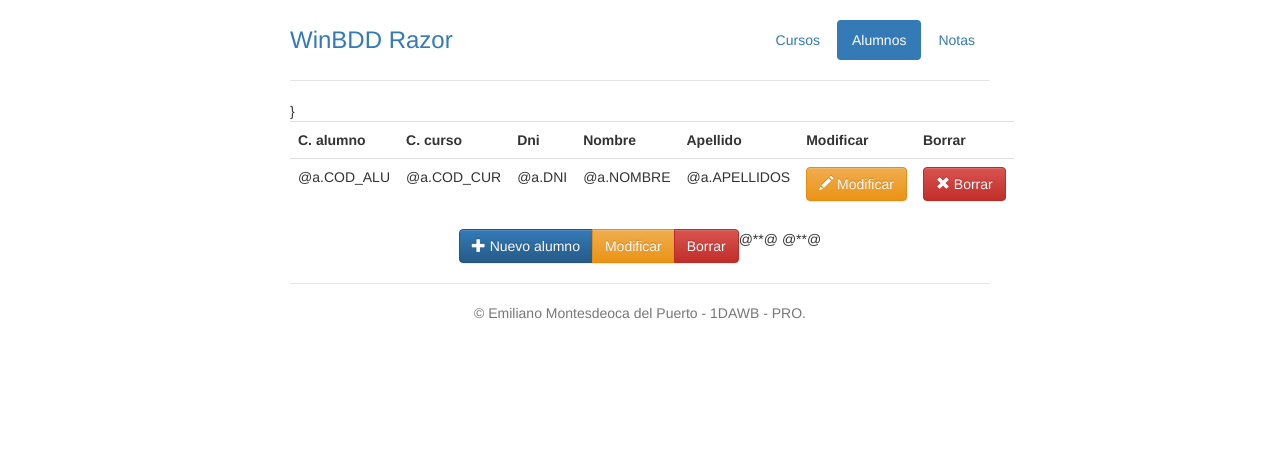
Repository: emontesdeoc/1DAWB
Page: http://localhost/Eclipse/views/alumnos.php
An editor plug-in stored every save of this project. The page is shown before and after the next save, followed by the edit.
The browser window is 1280 px wide. The pictures show the whole page.
The page is run by PHP 8.4 with error messages shown; the project is at /var/www/html/. Queries for data that is not in the repository find no rows.

Above is the page before, as saved 2017-05-22 10:31:18.

### PRO/Tercer trimestre/Practica/Eclipse/PracticaPHP/views/alumnos.php
<!DOCTYPE html>
<html>
<head>
    <title>PHP - Alumnos</title>
    <link href="assets/css/bootstrap.css" rel="stylesheet">
    <link href="assets/css/bootstrap-theme.css" rel="stylesheet">
    <link href="assets/css/style.css" rel="stylesheet">
    <meta name="viewport" content="width=device-width, initial-scale=1">
</head>
<body>
    <div class="container">
        <div class="header clearfix">
            <nav>
                <ul class="nav nav-pills pull-right">
                    <li role="presentation"><a href="cursos.php">Cursos</a></li>
                    <li role="presentation" class="active"><a href="alumnos.php">Alumnos</a></li>
                    <li role="presentation"><a href="notas.php">Notas</a></li>
                </ul>
            </nav>
            <h3 class="text-muted"><a href="../index.html"> WinBDD Razor </a></h3>
        </div>
        <!-- @* Cursos contenedor *@ -->
        <div id="form-container" style="width:100%;">
            <form method="post" action="">
                <table class="table table-hover" style="margin-bottom: 0px;">
                    <tr>
                        <th>C. alumno</th>
                        <th>C. curso</th>
                        <th>Dni</th>
                        <th>Nombre</th>
                        <th>Apellido</th>
                        <th>Modificar</th>
                        <th>Borrar</th>
                    </tr>

                    <!-- @foreach (WinBDDRazor.bd.ALUMNO a in new WinBDDRazor.logic.alumnos().GetAllAlumnos().OrderBy(x => x.COD_ALU).Skip(Convert.ToInt32(Session["Pagination"]) * 5).Take(5).ToList())
                    { -->
                        <tr>
                            <td>@a.COD_ALU</td>
                            <td>@a.COD_CUR</td>
                            <td>@a.DNI</td>
                            <td>@a.NOMBRE</td>
                            <td>@a.APELLIDOS</td>
                            <td><button type="button" class="btn btn-warning" data-toggle="modal" data-target=".bs-modificar-modal-sm" onclick="CargarModificar('@a.COD_ALU', '@a.COD_CUR', '@a.DNI', '@a.APELLIDOS', '@a.NOMBRE');"><span class="glyphicon glyphicon-pencil" aria-hidden="true"></span> Modificar</button></td>
                            <td><button type="button" class="btn btn-danger" data-toggle="modal" data-target=".bs-borrar-modal-sm" onclick="CargarBorrar('@a.COD_ALU', '@a.COD_CUR', '@a.DNI', '@a.APELLIDOS', '@a.NOMBRE');"><span class="glyphicon glyphicon-remove" aria-hidden="true"></span> Borrar</button></td>
                        </tr>
                    }
                </table>
                <div class="text-center">
                    <div class="btn-group" role="group" aria-label="..." style="margin-bottom:10px;">

                        <!-- @for (int i = 1; i <= new WinBDDRazor.logic.alumnos().GetAllAlumnos().Count / 5 + 1; i++)
                        {

                            if (i < (new WinBDDRazor.logic.alumnos().GetAllAlumnos().Count / 5) + 1)
                            {
                                @*<button type="submit" class="btn btn-default" name="CargaPaginaAlumnos" value="@i">@i</button>*@
                                <button type="submit" class="btn btn-default" name="CargaPaginaAlumnos" value="@i">@i</button>
                            }

                            if (i == new WinBDDRazor.logic.alumnos().GetAllAlumnos().Count / 5 + 1)
                            {
                                string a = Convert.ToDouble(new WinBDDRazor.logic.alumnos().GetAllAlumnos().Count / 5.00).ToString();
                                string[] ar = a.Split(',');
                                try
                                {
                                    if (Convert.ToInt32(ar[1]) > 0)
                                    {
                                        @*<button type="submit" class="btn btn-default" name="CargaPaginaAlumnos" value="@i">@i</button>*@
                                        <button type="submit" class="btn btn-default" name="CargaPaginaAlumnos" value="@i">@i</button>
                                    }
                                }
                                catch (Exception)
                                {

                                }
                            }
                        } -->
                    </div>
                </div>

            </form>
            <div class="text-center">
                <div class="btn-group" style="text-align:center;">
                    <button type="button" class="btn btn-primary" data-toggle="modal" data-target=".bs-nuevo-modal-sm"><span class="glyphicon glyphicon-plus" aria-hidden="true"></span> Nuevo alumno</button>
                    @*<button type="submit" class="btn btn-warning" data-toggle="modal" data-target=".bs-modificar-modal-sm">Modificar</button>*@
                    @*<button type="submit" class="btn btn-danger" data-toggle="modal" data-target=".bs-borrar-modal-sm">Borrar</button>*@
                </div>
            </div>


        </div>

        <!-- @* Modal nuevo curso *@ -->
        <div class="modal fade bs-nuevo-modal-sm" tabindex="-1" role="dialog" aria-labelledby="mySmallModalLabel">
            <div class="modal-dialog modal-sm" role="document">
                <div class="modal-content">
                    <div class="text-center">
                        <h2>Nuevo alumno</h2>
                    </div>
                    <div id="modal-form-container">
                        <form method="post" action="">
                            <div class="form-group">
                                <label for="cod_alu">Codigo de alumno</label>
                                <input type="text" class="form-control" id="cod_alu" placeholder="Codigo de alumno" name="nuevo_codalu">
                            </div>
                            <div class="form-group">
                                <label for="cod_cur">Codigo de curso</label>
                                <select class="form-control" name="nuevo_codcur" id="cod_cur">
                                    <!-- @foreach (WinBDDRazor.bd.CURSO c in new WinBDDRazor.logic.cursos().GetAllCursos())
                                    { -->
                                    <option value="@c.COD_CUR">@c.DESCRIPCION</option>
                                    <!-- } -->
                                </select>
                            </div>
                            <div class="form-group">
                                <label for="dni">DNI</label>
                                <input type="text" class="form-control" id="dni" placeholder="DNI" name="nuevo_dni">
                            </div>
                            <div class="form-group">
                                <label for="apellidos">Apellidos</label>
                                <input type="text" class="form-control" id="apellidos" placeholder="Apellidos" name="nuevo_apellido">
                            </div>
                            <div class="form-group">
                                <label for="nombre">Nombre</label>
                                <input type="text" class="form-control" id="nombre" placeholder="Nombre" name="nuevo_nombre">
                            </div>
                            <div class="text-center">
                                <div class="form-group btn-group" style="margin-bottom: -15px;">
                                    <button type="submit" class="btn btn-success" name="nuevo_confirmar"><span class="glyphicon glyphicon-ok" aria-hidden="true"></span> Confirmar</button>
                                </div>
                            </div>

                        </form>
                    </div>
                </div>
            </div>
        </div>

        <!-- @* Modal modificar curso *@ -->
        <div class="modal fade bs-modificar-modal-sm" tabindex="-1" role="dialog" aria-labelledby="mySmallModalLabel">
            <div class="modal-dialog modal-sm" role="document">
                <div class="modal-content">
                    <div class="text-center">
                        <h2>Modificar alumno</h2>
                    </div>
                    <div id="modal-form-container">
                        <form method="post" action="">
                            <div class="form-group">
                                <label for="cod_alu">Codigo de alumno</label>
                                <input type="text" class="form-control" id="modificar_cod_alu" placeholder="Codigo de alumno" name="modificar_codalu" value="" readonly />
                            </div>
                            <div class="form-group">
                                <label for="cod_cur">Codigo de curso</label>
                                <select class="form-control" name="modificar_codcur" id="modificar_cod_cur">
                                    <!-- @foreach (WinBDDRazor.bd.CURSO c in new WinBDDRazor.logic.cursos().GetAllCursos())
                                    { -->
                                    <option value="@c.COD_CUR">@c.DESCRIPCION</option>
                                    <!-- } -->
                                </select>
                            </div>
                            <div class="form-group">
                                <label for="dni">DNI</label>
                                <input type="text" class="form-control" id="modificar_dni" placeholder="DNI" name="modificar_dni" value="" />
                            </div>
                            <div class="form-group">
                                <label for="apellidos">Apellidos</label>
                                <input type="text" class="form-control" id="modificar_apellidos" placeholder="Apellidos" name="modificar_apellido" value="" />
                            </div>
                            <div class="form-group">
                                <label for="nombre">Nombre</label>
                                <input type="text" class="form-control" id="modificar_nombre" placeholder="Nombre" name="modificar_nombre" value="" />
                            </div>
                            <div class="text-center">
                                <div class="form-group btn-group" style="margin-bottom: -15px;">
                                    <button type="submit" class="btn btn-success" name="modificar_confirmar"><span class="glyphicon glyphicon-ok" aria-hidden="true"></span> Confirmar</button>
                                </div>
                            </div>
                        </form>
                    </div>
                </div>
            </div>
        </div>

        <!-- @* Modal borrar curso *@ -->
        <div class="modal fade bs-borrar-modal-sm" tabindex="-1" role="dialog" aria-labelledby="mySmallModalLabel">
            <div class="modal-dialog modal-sm" role="document">
                <div class="modal-content">
                    <div class="text-center">
                        <h2>Borrar alumno</h2>
                    </div>
                    <div id="modal-form-container">
                        <form method="post" action="">
                            <div class="form-group">
                                <label for="cod_alu">Codigo de alumno</label>
                                <input type="text" class="form-control" id="borrar_cod_alu" placeholder="Codigo de alumno" name="borrar_codalu" value="" readonly />
                            </div>
                            <div class="form-group">
                                <label for="cod_cur">Codigo de curso</label>
                                <select class="form-control" name="borrar_codcur" id="borrar_cod_cur" readonly>
                                    <!-- @foreach (WinBDDRazor.bd.CURSO c in new WinBDDRazor.logic.cursos().GetAllCursos())
                                    { -->
                                    <option value="@c.COD_CUR">@c.DESCRIPCION</option>
                                    <!-- } -->
                                </select>
                            </div>
                            <div class="form-group">
                                <label for="dni">DNI</label>
                                <input type="text" class="form-control" id="borrar_dni" placeholder="DNI" name="borrar_dni" value="" readonly />
                            </div>
                            <div class="form-group">
                                <label for="apellidos">Apellidos</label>
                                <input type="text" class="form-control" id="borrar_apellidos" placeholder="Apellidos" name="borrar_apellido" value="" readonly />
                            </div>
                            <div class="form-group">
                                <label for="nombre">Nombre</label>
                                <input type="text" class="form-control" id="borrar_nombre" placeholder="Nombre" name="borrar_nombre" value="" readonly />
                            </div>
                            <div class="form-group">
                                <div class="checkbox">
                                    <label>
                                        <input type="checkbox" name="eliminar_checkbox" value="option1" aria-label="...">
                                        Confirmar para borrar curso
                                    </label>
                                </div>
                            </div>
                            <div class="text-center">
                                <div class="form-group btn-group" style="margin-bottom: -15px;">
                                    <button type="submit" class="btn btn-danger" name="borrar_confirmar"><span class="glyphicon glyphicon-remove" aria-hidden="true"></span> Confirmar</button>
                                </div>
                            </div>
                        </form>
                    </div>
                </div>
            </div>
        </div>

        <footer class="footer">
            <p style="text-align:center">&copy; Emiliano Montesdeoca del Puerto - 1DAWB - PRO.</p>
        </footer>
    </div>
    <!-- /container -->
    <!-- jQuery (necessary for Bootstrap's JavaScript plugins) -->
    <script src="https://ajax.googleapis.com/ajax/libs/jquery/1.12.4/jquery.min.js"></script>
    <!-- Include all compiled plugins (below), or include individual files as needed -->
    <script src="assets/js/bootstrap.js"></script>

    <!-- @* Javascript necesario para no hacer postback *@ -->
    <script type="text/javascript" language="javascript">
        function CargarModificar(codalu, codcur, dni, apellidos, nombre) {
            document.getElementById("modificar_cod_alu").setAttribute('value', codalu);
            document.getElementById("modificar_cod_cur").setAttribute('value', codcur);
            document.getElementById("modificar_dni").setAttribute('value', dni);
            document.getElementById("modificar_apellidos").setAttribute('value', apellidos);
            document.getElementById("modificar_nombre").setAttribute('value', nombre);

            var element = document.getElementById('modificar_cod_cur');
            element.value = codcur;
        }
    </script>

    <!-- @* Javascript necesario para no hacer postback *@ -->
    <script type="text/javascript" language="javascript">
        function CargarBorrar(codalu, codcur, dni, apellidos, nombre) {
            document.getElementById("borrar_cod_alu").setAttribute('value', codalu);
            document.getElementById("borrar_cod_cur").setAttribute('value', codcur);
            document.getElementById("borrar_dni").setAttribute('value', dni);
            document.getElementById("borrar_apellidos").setAttribute('value', apellidos);
            document.getElementById("borrar_nombre").setAttribute('value', nombre);

            var element = document.getElementById('borrar_cod_cur');
            element.value = codcur;
        }
    </script>
</body>
</html>

### PRO/Tercer trimestre/Practica/Eclipse/PracticaPHP/views/assets/css/style.css
/* Space out content a bit */
body {
    padding-top: 20px;
    padding-bottom: 20px;
}

/* Everything but the jumbotron gets side spacing for mobile first views */
.header,
.marketing,
.footer {
    padding-right: 15px;
    padding-left: 15px;
}

/* Custom page header */
.header {
    padding-bottom: 20px;
    border-bottom: 1px solid #e5e5e5;
}
    /* Make the masthead heading the same height as the navigation */
    .header h3 {
        margin-top: 0;
        margin-bottom: 0;
        line-height: 40px;
    }

/* Custom page footer */
.footer {
    padding-top: 19px;
    color: #777;
    border-top: 1px solid #e5e5e5;
}

#form-container {
    width: 43%;
    margin: 0 auto;
    margin-bottom: 20px;
}

#modal-form-container {
    margin: 0 auto;
    margin-bottom: 20px;
    padding: 20px;
}

/* Customize container */
@media (min-width: 768px) {
    .container {
        max-width: 730px;
    }
}

.container-narrow > hr {
    margin: 30px 0;
}

/* Main marketing message and sign up button */
.jumbotron {
    text-align: center;
    border-bottom: 1px solid #e5e5e5;
}

    .jumbotron .btn {
        padding: 7px 17px;
        font-size: 17px;
    }

/* Supporting marketing content */
.marketing {
    margin: 40px 0;
}

    .marketing p + h4 {
        margin-top: 28px;
    }

/* Responsive: Portrait tablets and up */
@media screen and (min-width: 768px) {
    /* Remove the padding we set earlier */
    .header,
    .marketing,
    .footer {
        padding-right: 0;
        padding-left: 0;
    }
    /* Space out the masthead */
    .header {
        margin-bottom: 20px;
    }
    /* Remove the bottom border on the jumbotron for visual effect */
    .jumbotron {
        border-bottom: 0;
    }
}

Loaded but not shown: PRO/Tercer trimestre/Practica/Eclipse/PracticaPHP/views/assets/css/bootstrap.css (library); PRO/Tercer trimestre/Practica/Eclipse/PracticaPHP/views/assets/css/bootstrap-theme.css (library); PRO/Tercer trimestre/Practica/Eclipse/PracticaPHP/views/assets/js/bootstrap.js (library)

After the next save:
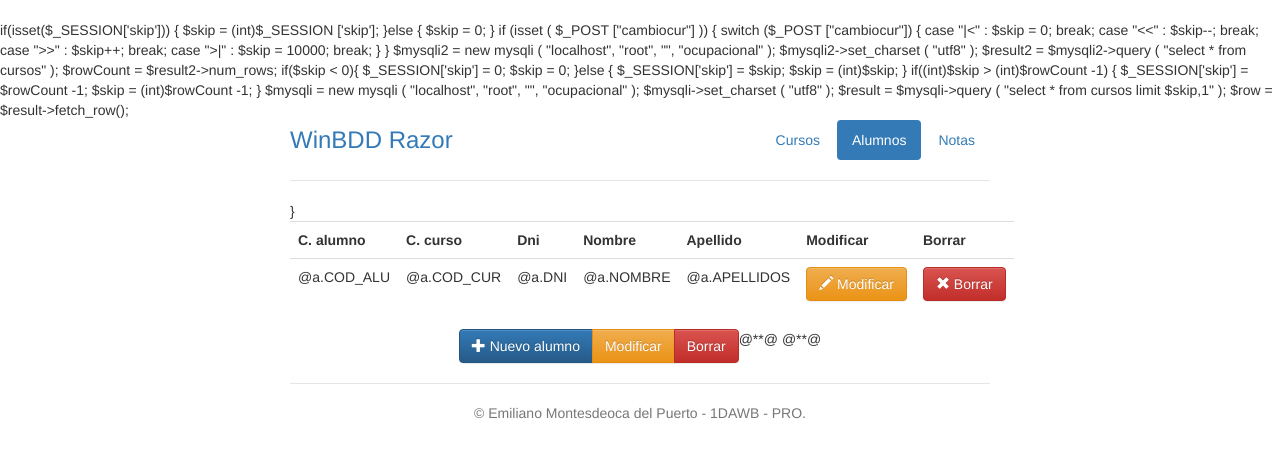
Saved 25 s later.
--- a/PRO/Tercer trimestre/Practica/Eclipse/PracticaPHP/views/alumnos.php
+++ b/PRO/Tercer trimestre/Practica/Eclipse/PracticaPHP/views/alumnos.php
@@ -7,6 +7,56 @@
     <link href="assets/css/style.css" rel="stylesheet">
     <meta name="viewport" content="width=device-width, initial-scale=1">
 </head>
+
+if(isset($_SESSION['skip'])) {
+	$skip = (int)$_SESSION ['skip'];
+}else {
+	$skip = 0;
+}
+
+if (isset ( $_POST ["cambiocur"] )) {
+	switch ($_POST ["cambiocur"]) {
+		case "|<" :
+			$skip = 0;
+			break;
+		case "<<" :
+				$skip--;
+			break;
+		case ">>" :
+			$skip++;
+			break;
+		case ">|" :
+			$skip = 10000;
+			break;
+	}
+}
+
+$mysqli2 = new mysqli ( "localhost", "root", "", "ocupacional" );
+$mysqli2->set_charset ( "utf8" );
+$result2 = $mysqli2->query ( "select * from cursos" );
+$rowCount = $result2->num_rows;
+
+if($skip < 0){
+	$_SESSION['skip'] = 0;
+	$skip = 0;
+
+}else
+{
+	$_SESSION['skip'] = $skip;
+	$skip = (int)$skip;
+}
+if((int)$skip > (int)$rowCount -1)
+{
+	$_SESSION['skip'] = $rowCount -1;
+	$skip = (int)$rowCount -1;
+}
+
+$mysqli = new mysqli ( "localhost", "root", "", "ocupacional" );
+$mysqli->set_charset ( "utf8" );
+$result = $mysqli->query ( "select * from cursos limit $skip,1" );
+
+$row = $result->fetch_row();
+
 <body>
     <div class="container">
         <div class="header clearfix">

After the save that followed:
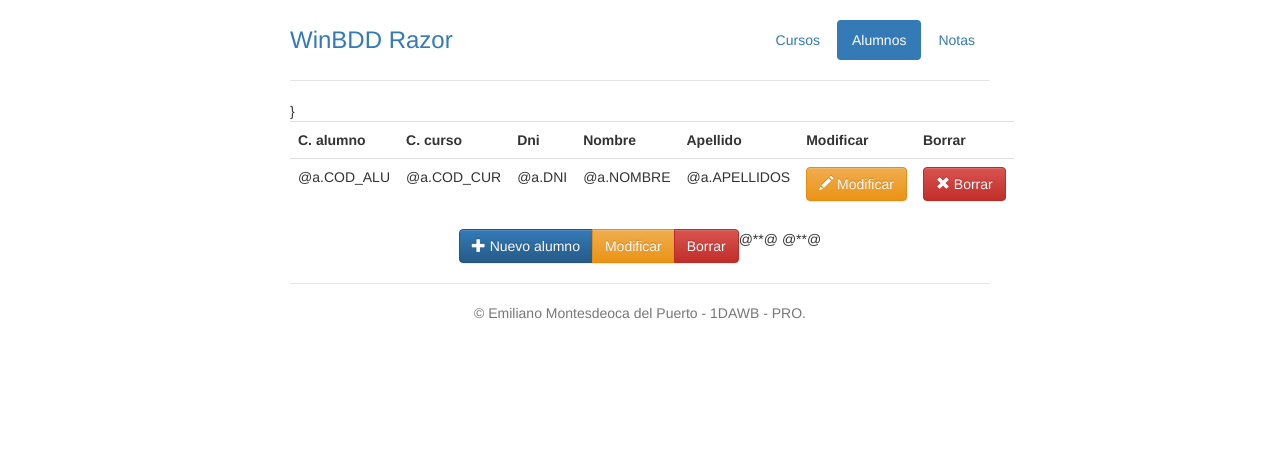
Saved 73 s later.
--- a/PRO/Tercer trimestre/Practica/Eclipse/PracticaPHP/views/alumnos.php
+++ b/PRO/Tercer trimestre/Practica/Eclipse/PracticaPHP/views/alumnos.php
@@ -7,6 +7,10 @@
     <link href="assets/css/style.css" rel="stylesheet">
     <meta name="viewport" content="width=device-width, initial-scale=1">
 </head>
+<body>
+
+<?php
+session_start();
 
 if(isset($_SESSION['skip'])) {
 	$skip = (int)$_SESSION ['skip'];
@@ -57,7 +61,8 @@
 
 $row = $result->fetch_row();
 
-<body>
+?>
+
     <div class="container">
         <div class="header clearfix">
             <nav>
